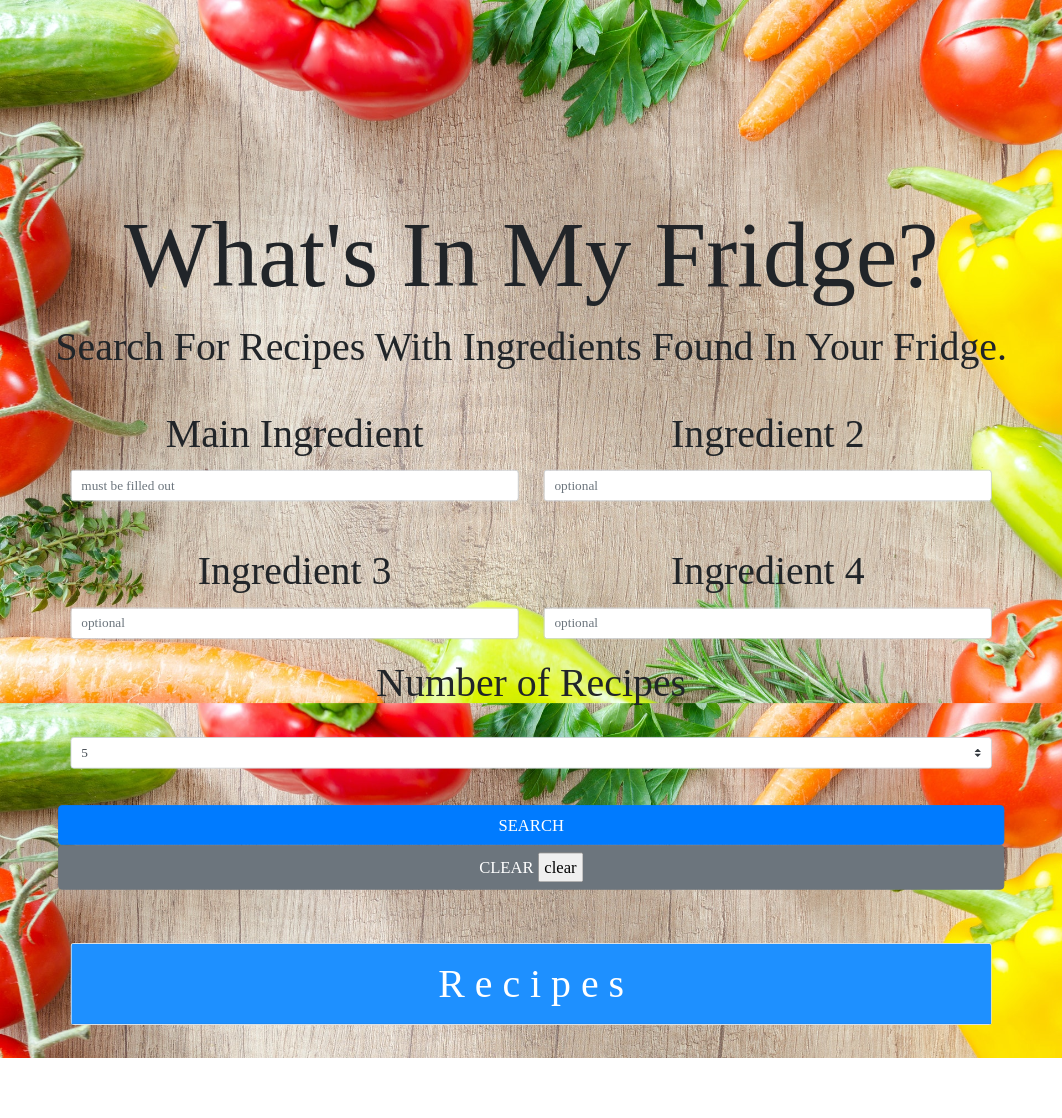
Repository: ogipajic/Recipe_API
Page: index.html
These files come from the project's save history. The page is drawn as it stood at one moment and after the next save; the edit follows.
The browser window is 1280 px wide. The pictures show the whole page, at 83% of full size.
Backgrounds fixed to the window are drawn as part of the page. Some web fonts or font styles are not loaded; a fallback is used.

Above is the page before, as saved 2020-07-14 14:31:25.

After the next save:
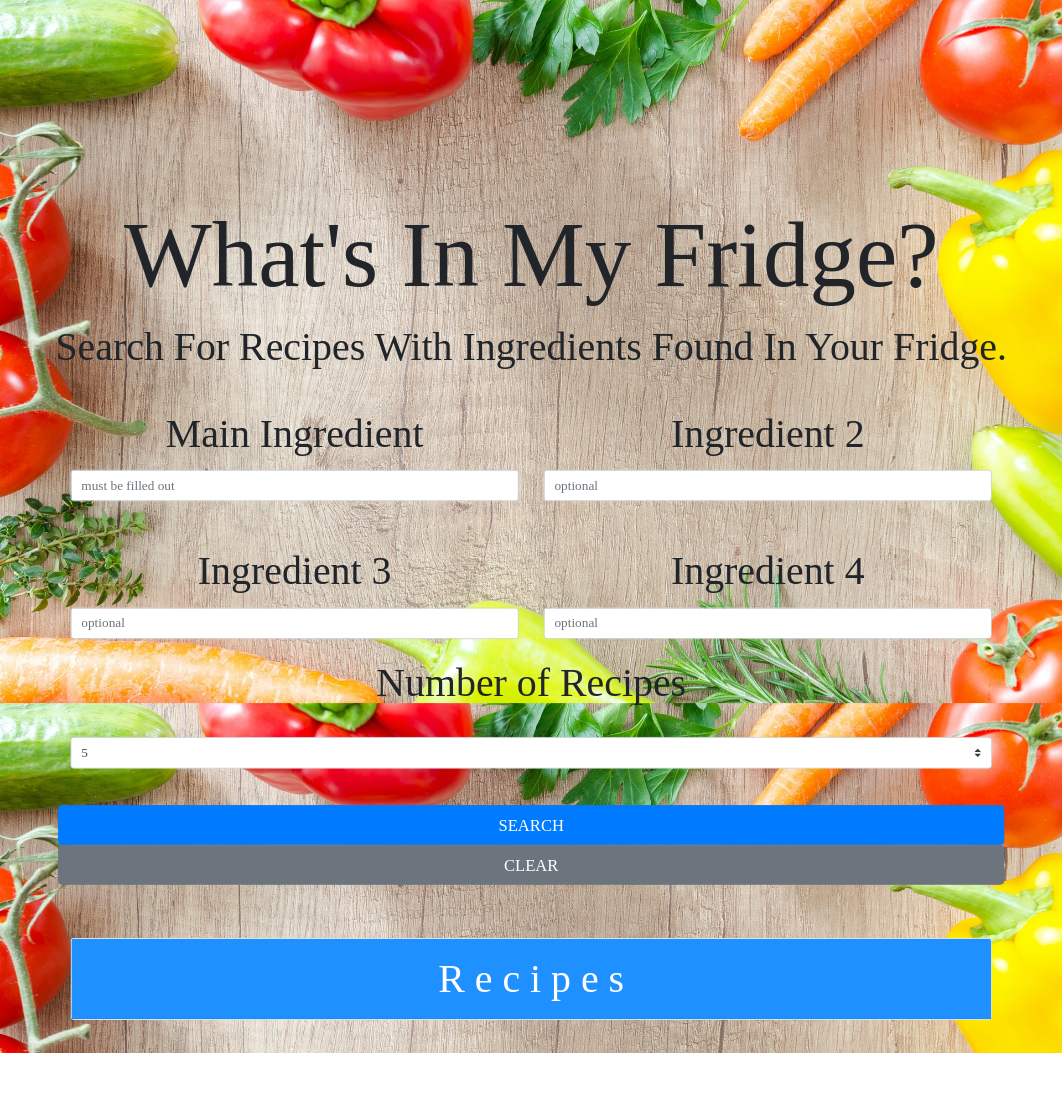
Saved 2 min 11 s later.
--- a/index.html
+++ b/index.html
@@ -82,8 +82,8 @@
 
             <button type="submit" id="run-search" class="btn btn-primary btn-lg btn-block">SEARCH</button>
             <p id="results"></p>
-            <button type="button" id="clear-all" class="btn btn-secondary btn-lg btn-block">CLEAR
-              <input type = "button" onclick = "newFunction()" value="clear">
+            <button type="button" id="clear-all" class="btn btn-secondary btn-lg btn-block"
+            onclick = "newFunction()" value = "clear">CLEAR
             </button>
             </div>
         </div>
